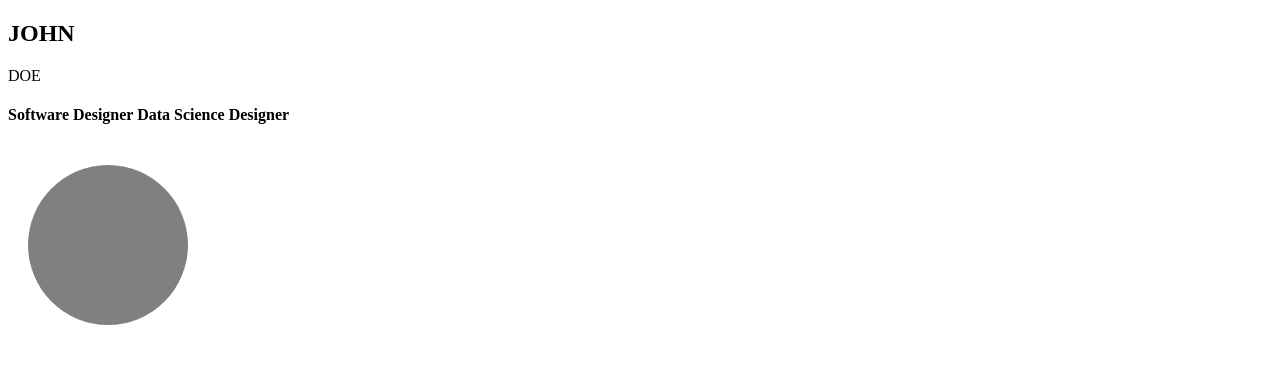
Repository: mrjayajay/week-1-code-challenges
Page: nasir/index.html
The author's editor kept a copy of each file at every save. The page is drawn from the files as they stood at one save, then again after the next save.
The browser window is 1280 px wide. The pictures show the whole page.

Above is the page before, as saved 2024-03-07 19:15:17.

### nasir/index.html
<!DOCTYPE html>
<html lang="en">
<head>
    <meta charset="UTF-8">
    <meta name="viewport" content="width=device-width, initial-scale=1.0">
    <title>Assignment</title>
</head>
<body>
    <h2>JOHN</h2>
    <h1h2>DOE</h2>
    <h4>Software Designer     Data Science     Designer</h4>
    <svg width="200" height="200">
     <circle cx="100" cy="100" r="80" fill="grey" stroke="black" stroke-width="0"/></svg>
</body>
</html>

After the next save:
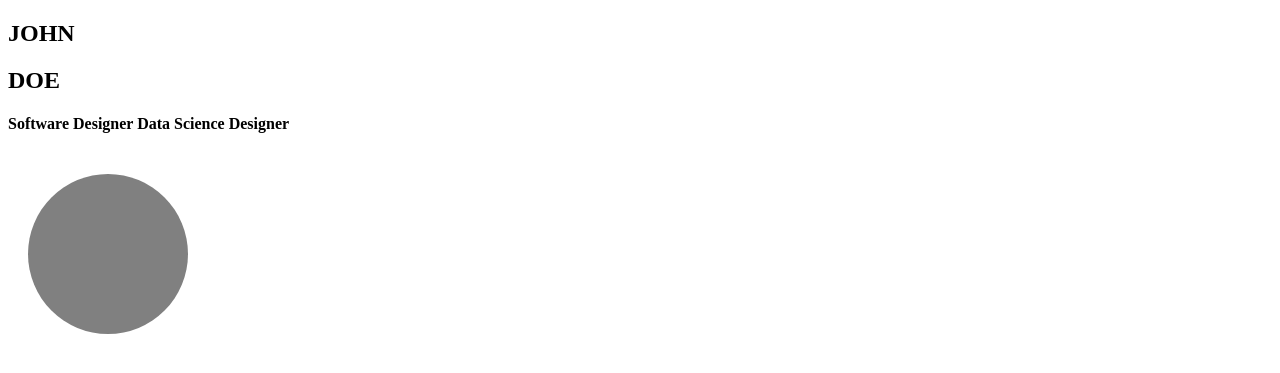
Saved 22 s later.
--- a/nasir/index.html
+++ b/nasir/index.html
@@ -7,7 +7,7 @@
 </head>
 <body>
     <h2>JOHN</h2>
-    <h1h2>DOE</h2>
+    <h2>DOE</h2>
     <h4>Software Designer     Data Science     Designer</h4>
     <svg width="200" height="200">
      <circle cx="100" cy="100" r="80" fill="grey" stroke="black" stroke-width="0"/></svg>
